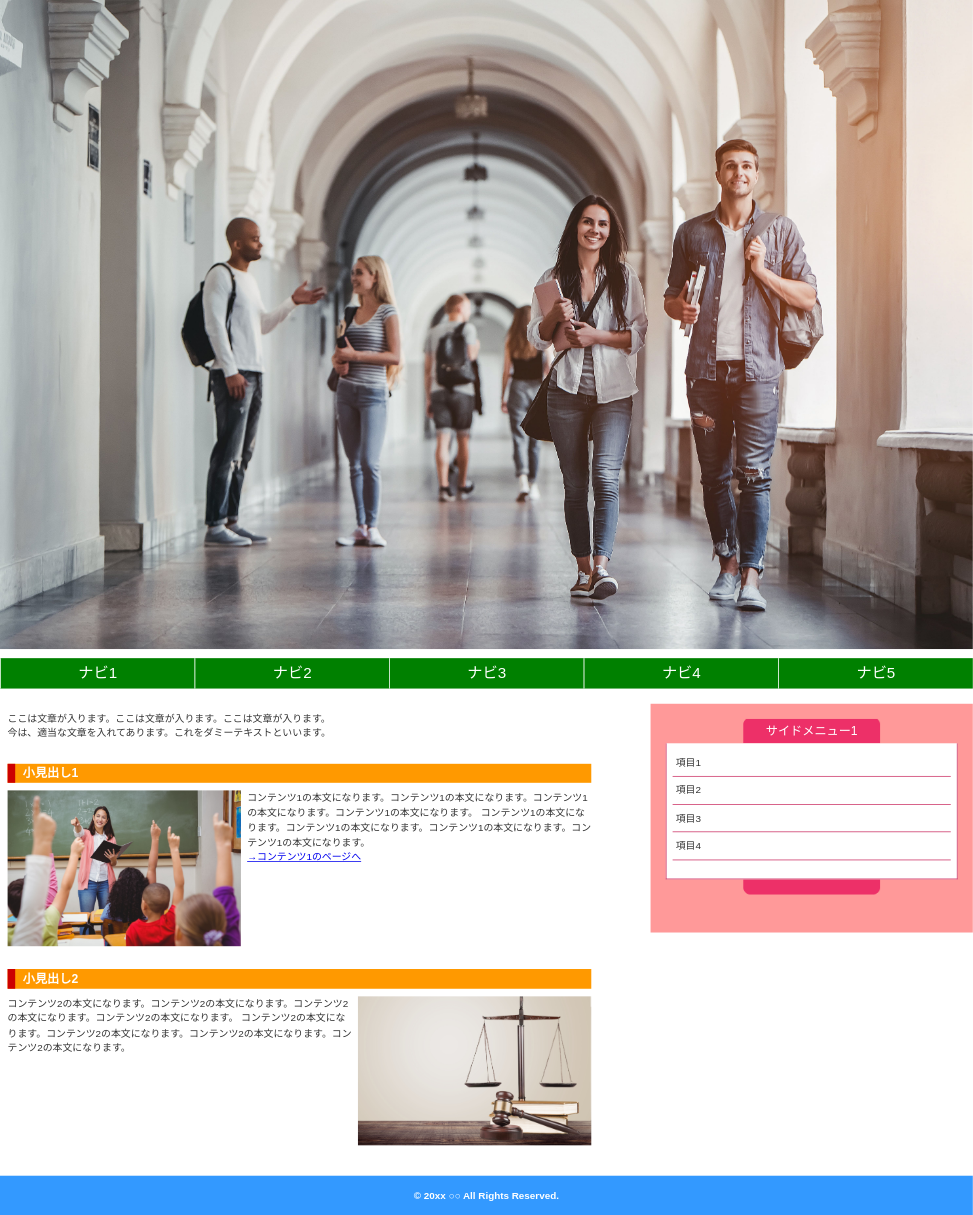
Repository: reys0812/samurai_HTML-CSS
Page: home.html
The author's editor kept a record of every edit. The page is drawn from the files as they stood at one moment, then again after the next edit.
The browser window is 1280 px wide. The pictures show the whole page, at 76% of full size.

Above is the page before.

After the next edit:
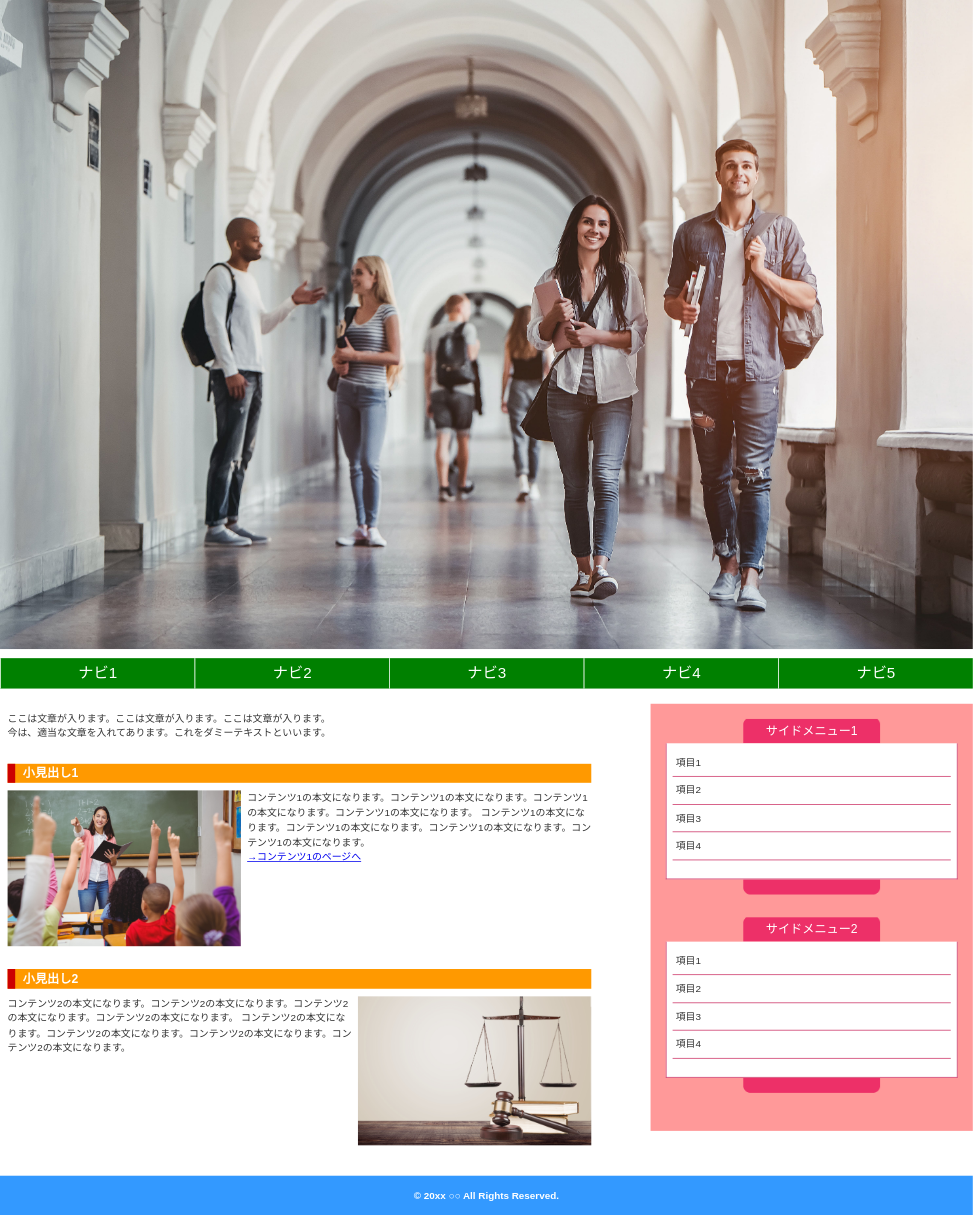
The edit:
--- a/home.html
+++ b/home.html
@@ -56,6 +56,17 @@
                             </ul>
                         </div>
                 </div>
+                <div class="box">
+                    <h2>サイドメニュー2</h2>
+                        <div class="boxBody">
+                            <ul>
+                                <li>項目1</li>
+                                <li>項目2</li>
+                                <li>項目3</li>
+                                <li>項目4</li>
+                            </ul>
+                        </div>
+
             </div>
         </div>
         <div id="footer">
